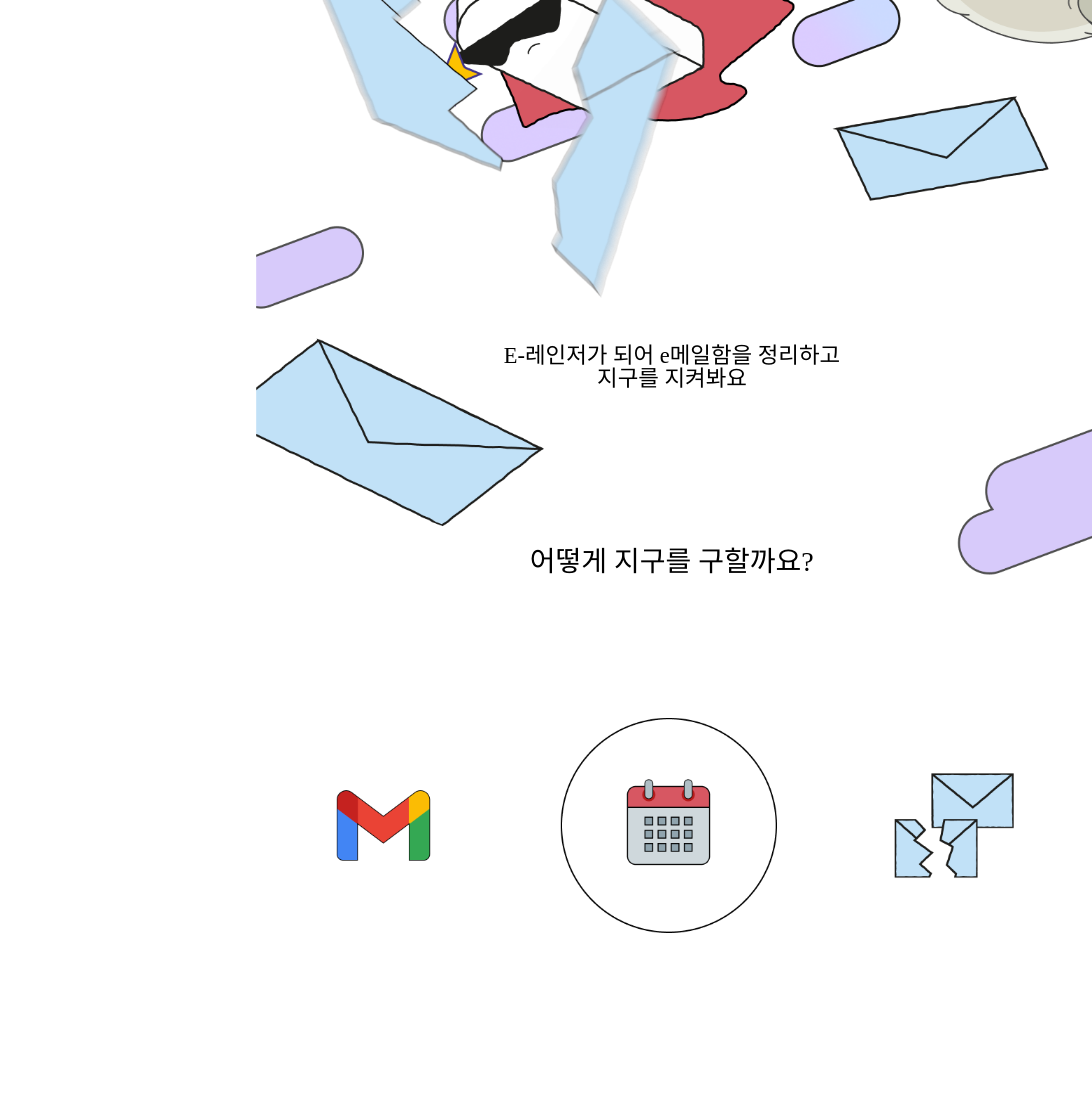
Repository: Sopkathon-30th-2/frontend
Page: /
These files come from the project's save history. The page is drawn as it stood at one moment and after a run of saves; the edit follows.
The browser window is 1280 px wide. The page is 1560 px wide, so the pictures cover 1560 px, including what lies to the right of the window. The pictures show the part of the page from y = 2140 to 3740 px (the page is 4218 px tall), at 70% of full size.
The project was rebuilt for these pictures with package versions that can differ from the ones it lists, and the page was loaded fresh each time. Also part of the build but not shown: src/components/common/ErrorBoundary.jsx, src/components/common/ErrorComponent.jsx, src/components/common/Loading.jsx, src/utils/wrapPromise.js, src/lib/index.js, src/pages/Sample.jsx, src/pages/ResultPage.jsx, src/components/common/Header.jsx and 1 more.

Above is the page before, as saved 2022-05-22 06:47:08.

### src/App.js
import Router from './cores/router';
import { ThemeProvider } from 'styled-components';
import GlobalStyle from './styles/globalStyle';
import { theme } from './styles/theme';

function App() {
  return (
    <>
      <GlobalStyle />
      <ThemeProvider theme={theme}>
      <Router />
      </ThemeProvider>
    </>
  );
}

export default App;

### src/cores/router.jsx
import React from 'react';
import { BrowserRouter, Route, Routes } from 'react-router-dom';

import Sample from '../pages/Sample';
import MainPage from '../pages/MainPage';
import ResultPage from '../pages/ResultPage';
import CleanMailPage from '../pages/CleanMailPage';

function Router() {
  return (
    <BrowserRouter>
      <Routes>
        <Route path="/" element={<MainPage />} />
        <Route path="/cleanmail" element={<CleanMailPage />} />
        <Route path="/result" element={<ResultPage />} />
        <Route path="/sample" element={<Sample />} />
      </Routes>
    </BrowserRouter>
  );
}

export default Router;

### src/styles/globalStyle.jsx
import { createGlobalStyle } from 'styled-components';
import { reset } from 'styled-reset';

import { theme } from './theme';

const GlobalStyle = createGlobalStyle`
  ${reset}
  /* @font-face {font-family:; src: url("") format(""); } */
  #root, body,html {
    margin: 0 auto;
    font-size: 10px;
    font-family: "Gmarket Sans Medium";
  }
  #root{
    /* background-color: ; */
  }
  * {
    box-sizing: border-box;
	}
  button:hover {
    cursor: pointer;
  }
`;

export default GlobalStyle;

### src/pages/MainPage.jsx
import React from 'react';
import styled from 'styled-components';
import GoogleLogin from 'react-google-login';
import Frame from '../assets/image/Frame.png';
import Logo from '../assets/image/MainPageLogo.png';

const BackgroundIMG = styled.img`
  width: 119.4rem;
  height: 423.6rem;
  margin-left: 36.6rem;
  margin-top: -1.8rem;
  position: absolute;
  z-index: 2;
`;

const MainPageLogo = styled.img`
  width: 60rem;
  height: 37.2rem;
  margin-top: 15.6rem;
  margin-left: 66rem;
  position: absolute;
  z-index: 3;
`;

const HeaderContent = styled.div`
  position: absolute;
  width: 93.4rem;
  height: 7.4rem;
  margin-top: 59.6rem;
  margin-left: 49.3rem;
  font-size: 3.2rem;
  text-align: center;
  z-index: 1;
`;
const MainContentFirst = styled.div`
  position: absolute;
  width: 72.3rem;
  height: 7.4rem;
  margin-top: 167.3rem;
  margin-left: 59.9rem;
  font-size: 3.2rem;
  text-align: center;
  z-index: 1;
`;
const MainContentSecond = styled.div`
  position: absolute;
  width: 52.6rem;
  height: 7.4rem;
  margin-top: 263.2rem;
  margin-left: 69.7rem;
  font-size: 3.2rem;
  text-align: center;
  z-index: 1;
`;

const HowToUseTitle = styled.div`
  position: absolute;
  width: 43.3rem;
  height: 4rem;
  margin-top: 292.3rem;
  margin-left: 74.3rem;
  font-size: 4rem;
  text-align: center;
  z-index: 1;
`;

const Googlebtn = styled.div`
  position: absolute;
  width: 52.6rem;
  height: 9.9rem;
  margin-top: 399.4rem;
  margin-left: 69.7rem;
  font-size: 4rem;
  text-align: center;
  z-index: 1;
`;

function MainPage() {
  const clientId = '875173824142-lrkt4j1fp9s1vvvstrtocv1bdpsk2v0u.apps.googleusercontent.com';
  const onSuccess = async (response) => {
    console.log(response);
  };
  const onFailure = (error) => {
    console.log(error);
  };

  return (
    <>
      <div>
        <MainPageLogo src={Logo} />
      </div>
      <div>
        <BackgroundIMG src={Frame} />
      </div>
      <HeaderContent>
        지구의 e존층을 통해 쓸모 없는 인터넷 기록들이 넘쳐 흐르고 있어요. <br /> 지구가 E:레이저들에게 도움을 요청하고
        있어요
      </HeaderContent>
      <MainContentFirst>
        아파하는 지구를 위해 <br /> 오래된 메일함을 정리할 새로운 E:레인저가 필요해요
      </MainContentFirst>
      <MainContentSecond>
        E-레인저가 되어 e메일함을 정리하고
        <br /> 지구를 지켜봐요
      </MainContentSecond>
      <HowToUseTitle>어떻게 지구를 구할까요?</HowToUseTitle>
      <GoogleLogin
        buttonText="구글계정으로 로그인"
        clientId={clientId}
        responseType={'id_token'}
        onSuccess={onSuccess}
        onFailure={onFailure}
        style={Googlebtn}
      />
    </>
  );
}

export default MainPage;

Loaded but not shown: public/index.html (common file); src/index.js (common file); src/styles/theme.jsx (common file)

After the next 4 saves:
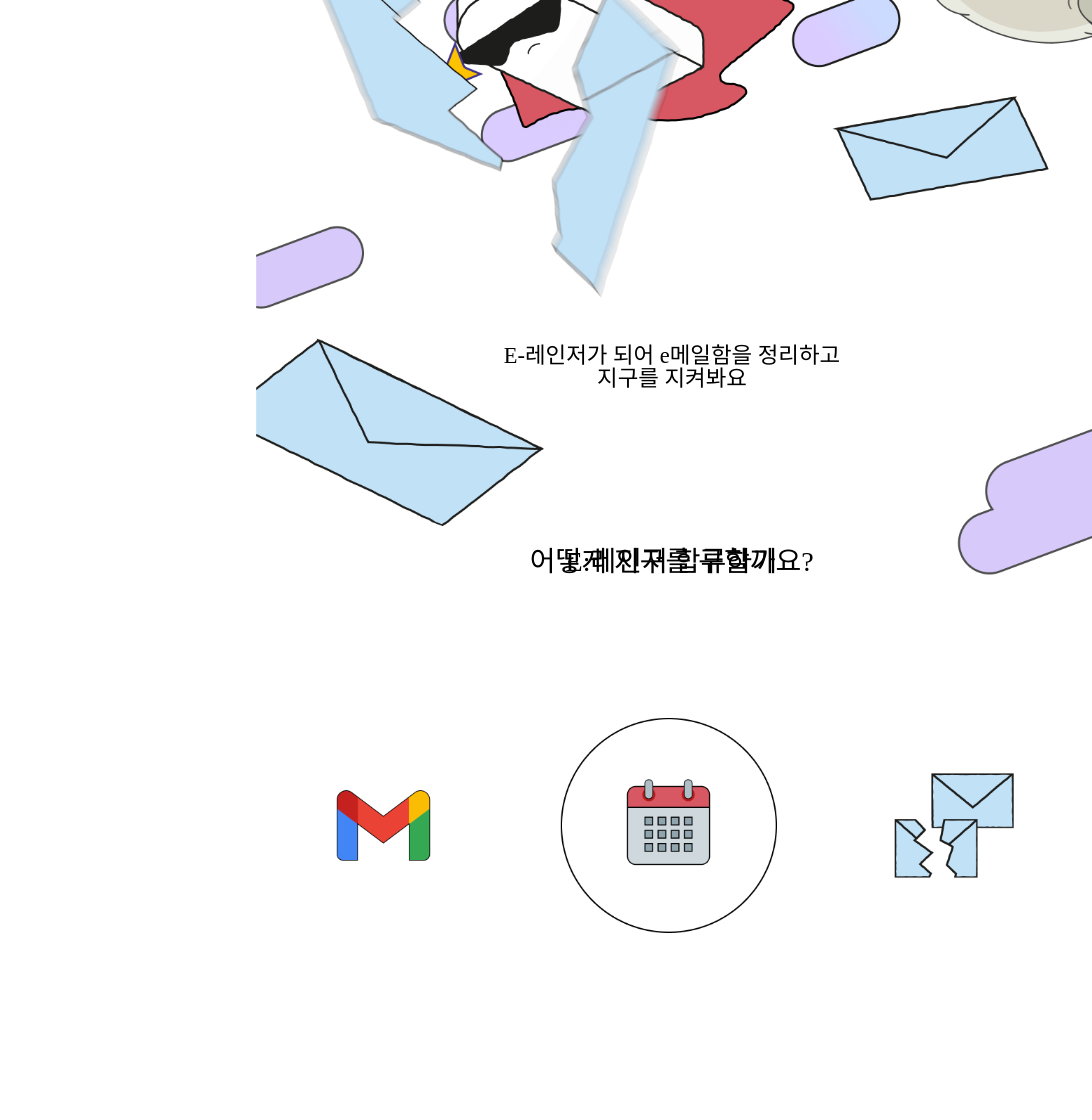
The 4 saves are shown as one change because 1 did not build or start and some came seconds apart.
The last was saved 6 min 34 s later.
--- a/src/pages/MainPage.jsx
+++ b/src/pages/MainPage.jsx
@@ -64,6 +64,17 @@
   z-index: 1;
 `;
 
+const GoogleTitle = styled.h1`
+  position: absolute;
+  width: 43.3rem;
+  height: 4rem;
+  margin-top: 292.3rem;
+  margin-left: 74.3rem;
+  font-size: 4rem;
+  text-align: center;
+  z-index: 1;
+`;
+
 const Googlebtn = styled.div`
   position: absolute;
   width: 52.6rem;
@@ -104,6 +115,7 @@
         <br /> 지구를 지켜봐요
       </MainContentSecond>
       <HowToUseTitle>어떻게 지구를 구할까요?</HowToUseTitle>
+      <GoogleTitle>E:레인저 합류하기</GoogleTitle>
       <GoogleLogin
         buttonText="구글계정으로 로그인"
         clientId={clientId}
